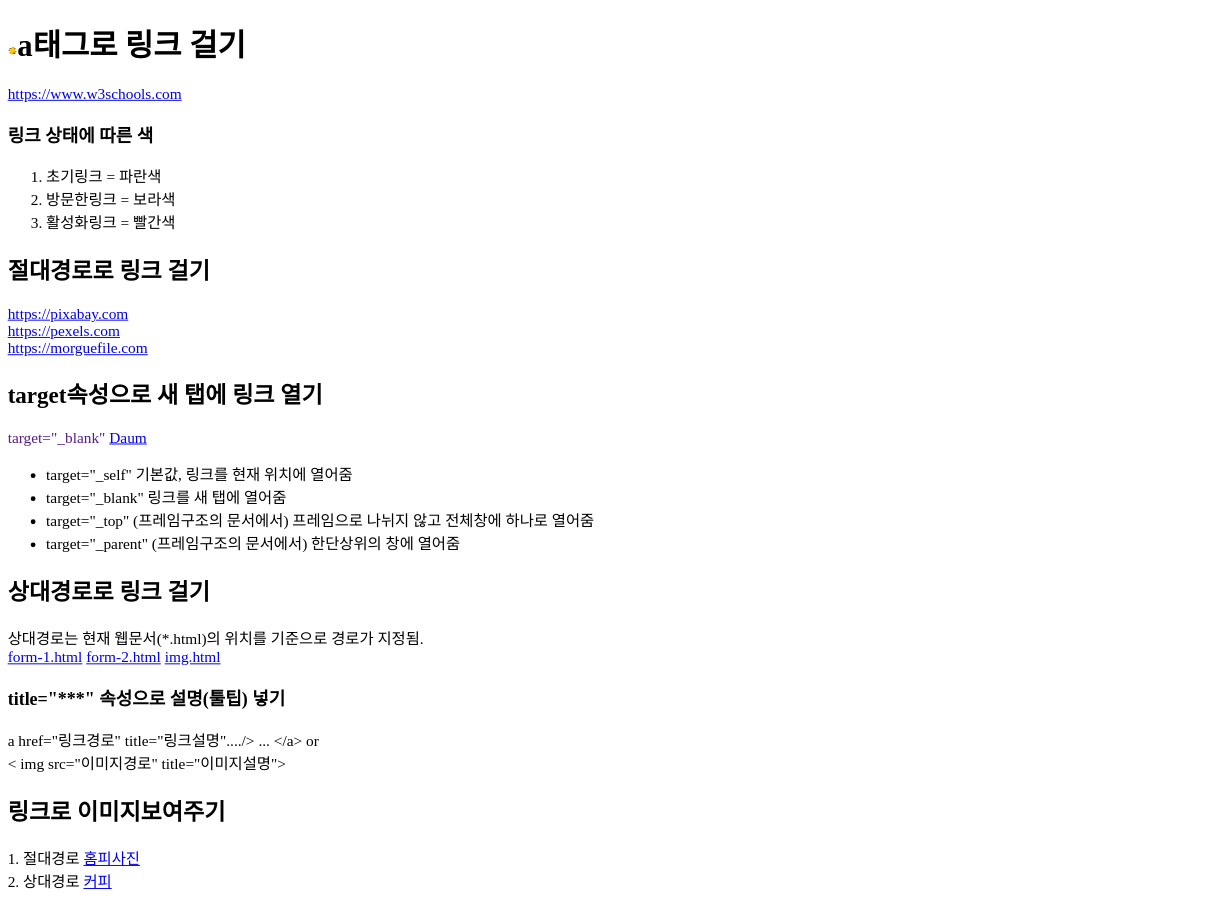
Repository: ReadStar/Web
Page: Html/html5/WebContent/A.html
These files come from the project's save history. The page is drawn as it stood at one moment and after the next save; the edit follows.
The browser window is 1280 px wide. The pictures show the whole page, at 96% of full size.

Above is the page before, as saved 2020-08-20 08:11:11.

After the next save:
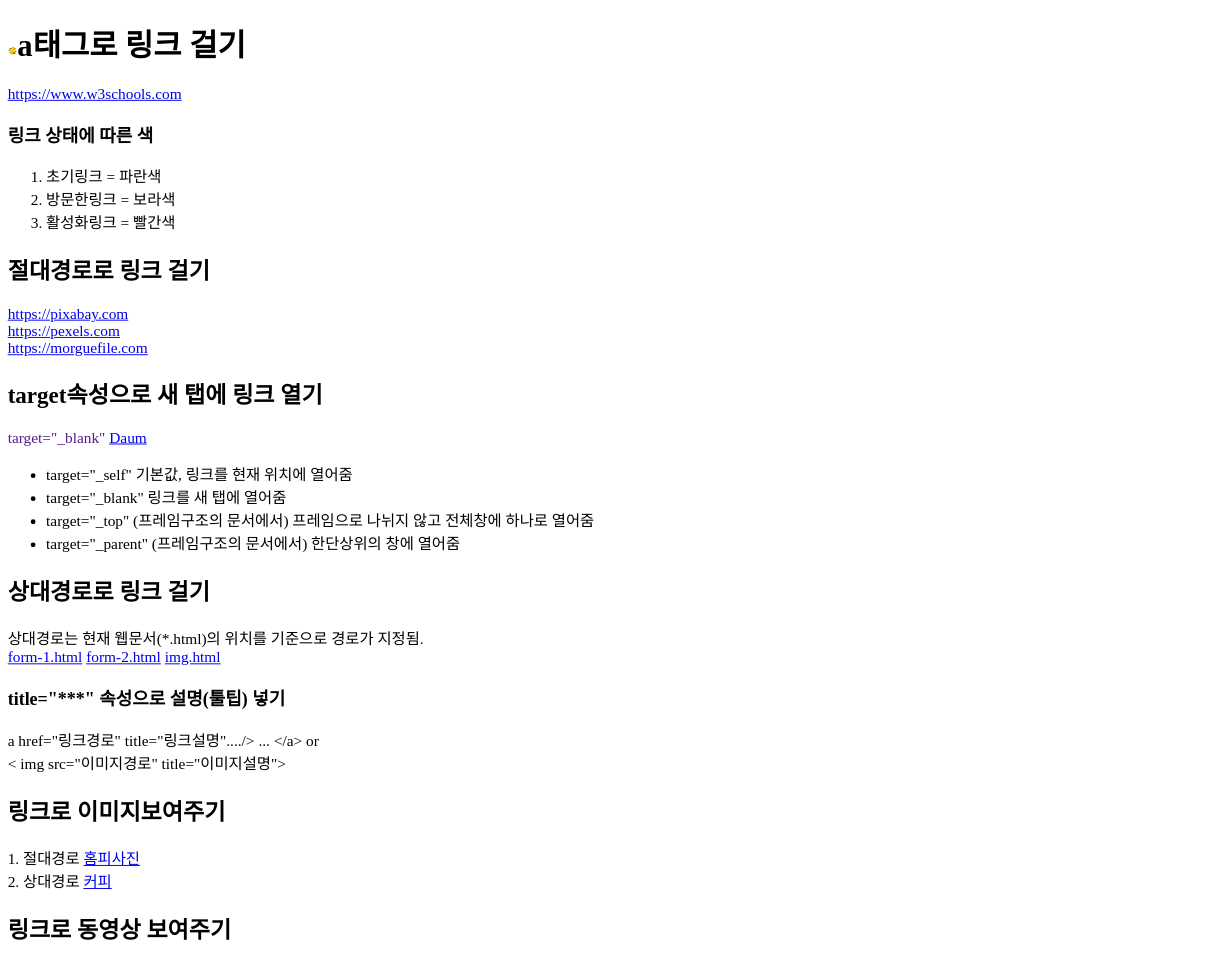
Saved 8 s later.
--- a/Html/html5/WebContent/A.html
+++ b/Html/html5/WebContent/A.html
@@ -49,6 +49,7 @@ or <br>
 2. 상대경로
 <a href="img/coffee.jpg" target="_blank">커피</a>
 
+<h2>링크로 동영상 보여주기</h2>
 
 </body>
 </html>
